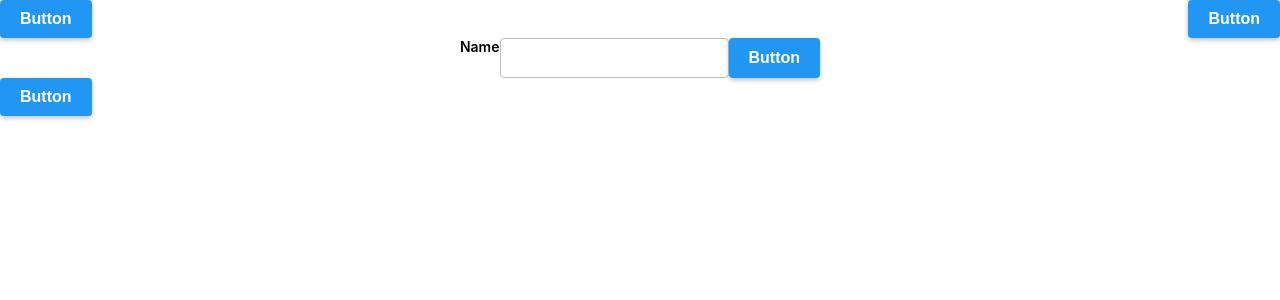
Repository: roistyx/react
Page: /components (app in layouts-app/)
An editor plug-in stored every save of this project. The page is shown before and after the next save, followed by the edit.
The browser window is 1280 px wide. The pictures show the whole page.
The project was rebuilt for these pictures with package versions that can differ from the ones it lists, and the page was loaded fresh each time. Also part of the build but not shown: layouts-app/src/layouts/Box.css.

Above is the page before, as saved 2023-04-27 10:14:16.

### layouts-app/src/App.js
import React from 'react';
import { Between } from './layouts/Line';
import { Btn } from './elements/Btn';
import { Rows } from './layouts/Line';
import SearchField from './elements/TextField';
import { AlignCenter } from './layouts/Line';
import { Box } from './layouts/Box';

export default function App() {
	return (
		<div>
			<Between>
				<Btn>Button</Btn>
				<Btn>Button</Btn>
			</Between>
			<Rows>
				<AlignCenter>
					<SearchField />
				</AlignCenter>
			</Rows>
			<AlignCenter>
				<Box bgColor="bgColor" borderRadius="borderRadius">
					<Btn>Button</Btn>
				</Box>
			</AlignCenter>
		</div>
	);
}

### layouts-app/src/layouts/Line.js
import './Line.css';
import React from 'react';
import { Btn } from '../elements/Btn.js';

export const Line = ({ children, addClass }) => {
	return <div className={`Line ${addClass || ''}`}>{children}</div>;
};

export const Between = (props) => {
	return <Line {...props} addClass="between" />;
};

export const Rows = (props) => {
	return <Line {...props} addClass="rows" />;
};

export const AlignStart = ({ children }) => {
	return <div className="AlignStart">{children}</div>;
};

export const AlignCenter = ({ children }) => {
	return <div className="AlignCenter">{children}</div>;
};

### layouts-app/src/elements/Btn.js
import { Button } from '@mui/material';
import './Btn.css';
export const Btn = ({ children }) => {
	return (
		<button class="Btn">
			<span>{children}</span>{' '}
		</button>
		// <Button variant="contained" color="primary">
		// 	{' '}
		// 	<span>{children}</span>{' '}
		// </Button>
	);
};

### layouts-app/src/elements/TextField.js
import '../elements/TextField.css';
import React from 'react';
import { Btn } from '../elements/Btn.js';
import { TextField } from '@mui/material';

const SearchField = () => {
	return (
		<div>
			<form class="text-field">
				<label for="name">Name</label>
				<input type="text" id="name" name="name" />
				<Btn>Button</Btn>
			</form>
		</div>
	);
};

export default SearchField;

### layouts-app/src/layouts/Box.js
import './Box.css';

export const Box = ({ children }) => {
	return <div className="Box">{children}</div>;
};

### layouts-app/src/layouts/Line.css
.Line {
	display: flex;
	gap: var(--gap);
	height: 100%;
	align-items: center;
}

.Line.between {
	justify-content: space-between;
}

.Line.rows {
	flex-direction: column;
	align-items: stretch;
}

.AlignStart {
	align-self: flex-start;
}

.AlignCenter {
	align-self: center;
}

### layouts-app/src/elements/Btn.css
.Btn {
	display: inline-block;
	padding: 10px 20px;
	font-size: 16px;
	font-weight: 600;
	text-align: center;
	text-decoration: none;
	background-color: #2196f3;
	color: #fff;
	border-radius: 4px;
	border: none;
	cursor: pointer;
	box-shadow: 0px 2px 5px rgba(0, 0, 0, 0.25);
	transition: background-color 0.3s ease;
}
.Btn:hover {
	background-color: #0d6ec3;
}

### layouts-app/src/elements/TextField.css
.text-field {
	display: flex;
	flex-direction: row;
}

.text-field label {
	font-size: 14px;
	font-weight: 600;
	margin-bottom: 5px;
}

.text-field input {
	padding: 10px;
	font-size: 16px;
	border-radius: 4px;
	border: 1px solid #bdbdbd;
	transition: border-color 0.3s ease;
}
.text-field input:focus {
	outline: none;
	border-color: #2196f3;
}

Loaded but not shown: layouts-app/public/index.html (common file); layouts-app/src/index.js (common file); layouts-app/src/index.css (common file); layouts-app/src/reportWebVitals.js (common file)

After the next save:
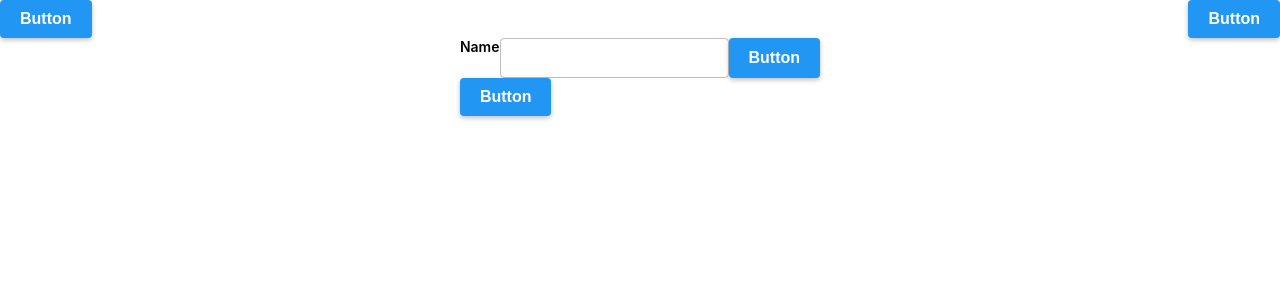
Saved 37 s later.
--- a/layouts-app/src/App.js
+++ b/layouts-app/src/App.js
@@ -16,13 +16,12 @@
 			<Rows>
 				<AlignCenter>
 					<SearchField />
+					<Box bgColor="bgColor" borderRadius="borderRadius">
+						<Btn>Button</Btn>
+					</Box>
 				</AlignCenter>
 			</Rows>
-			<AlignCenter>
-				<Box bgColor="bgColor" borderRadius="borderRadius">
-					<Btn>Button</Btn>
-				</Box>
-			</AlignCenter>
+			<AlignCenter></AlignCenter>
 		</div>
 	);
 }

After the save that followed:
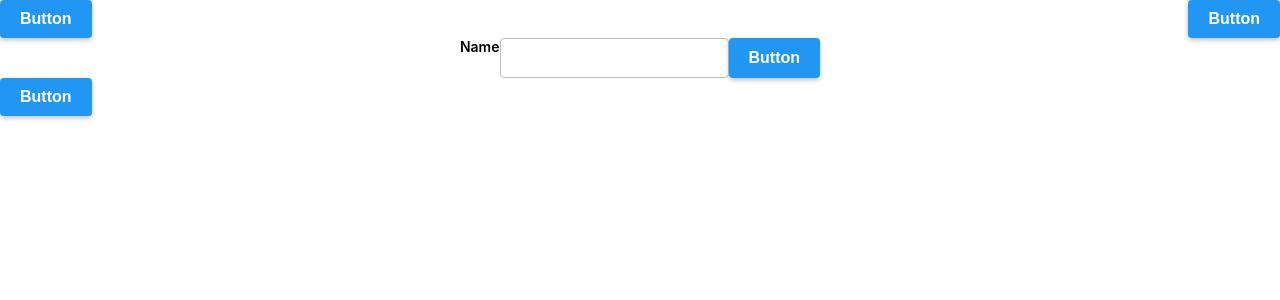
Saved 38 s later.
--- a/layouts-app/src/App.js
+++ b/layouts-app/src/App.js
@@ -16,12 +16,11 @@
 			<Rows>
 				<AlignCenter>
 					<SearchField />
-					<Box bgColor="bgColor" borderRadius="borderRadius">
-						<Btn>Button</Btn>
-					</Box>
 				</AlignCenter>
+				<Box bgColor="bgColor" borderRadius="borderRadius">
+					<Btn>Button</Btn>
+				</Box>
 			</Rows>
-			<AlignCenter></AlignCenter>
 		</div>
 	);
 }
